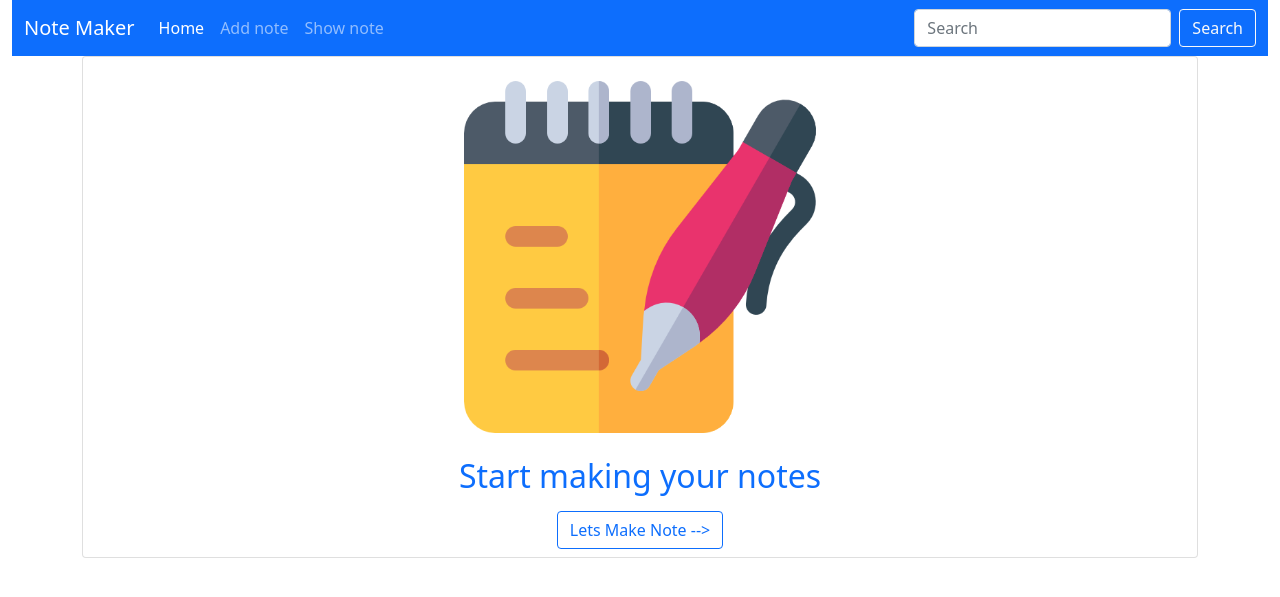
Repository: sachin1830/hibernateproject
Page: http://localhost/com.todolist/
An editor plug-in stored every save of this project. The page is shown before and after the next save, followed by the edit.
The browser window is 1280 px wide. The pictures show the whole page.
Some web libraries are served in a nearby version. The page is served by Tomcat 9.

Above is the page before, as saved 2021-01-23 06:05:16.

After the next save:
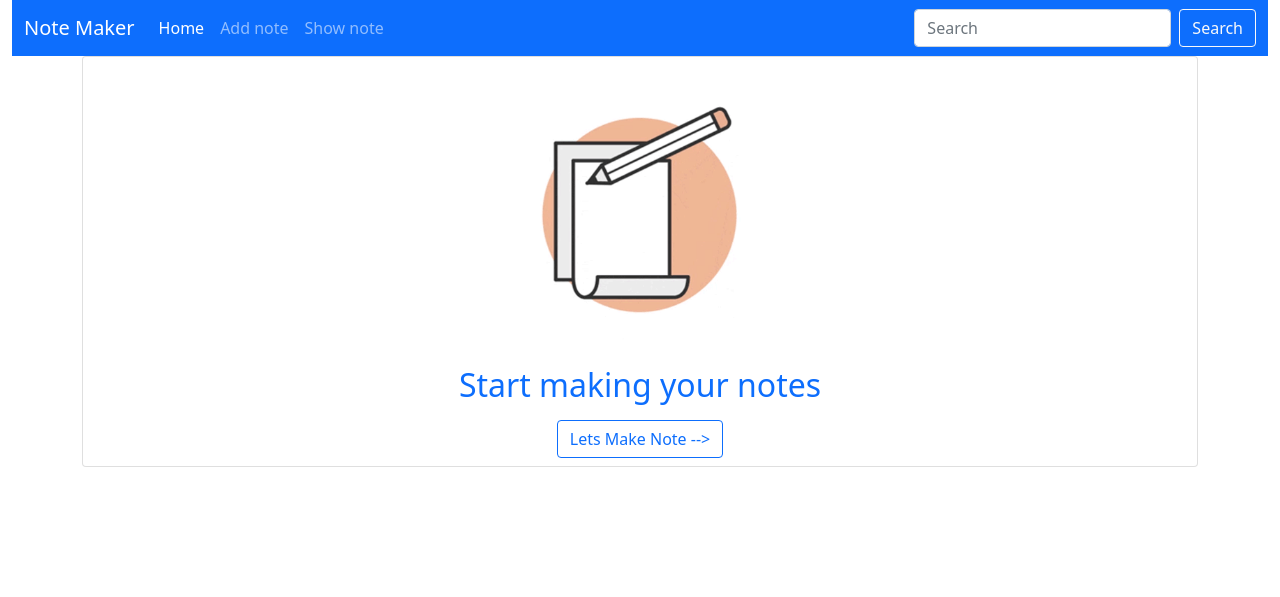
Saved 12 min 30 s later.
--- a/com.todolist/src/main/webapp/index.jsp
+++ b/com.todolist/src/main/webapp/index.jsp
@@ -16,7 +16,7 @@
   	</div>
   	<div class="container">
   		<div class="card">
-  			<img src="img/notes.png" alt="image not found" style="max-width:400px" class="img-fluid mx-auto p-4">
+  			<img src="img/notetaking.gif" alt="image not found" style="max-width:400px" class="img-fluid mx-auto p-4">
   			<h2 class="text-center text-primary">Start making your notes </h2>
   			<div class="container text-center">
   			<a class="btn btn-outline-primary m-2" href="add_note.jsp">Lets Make Note --></a>
